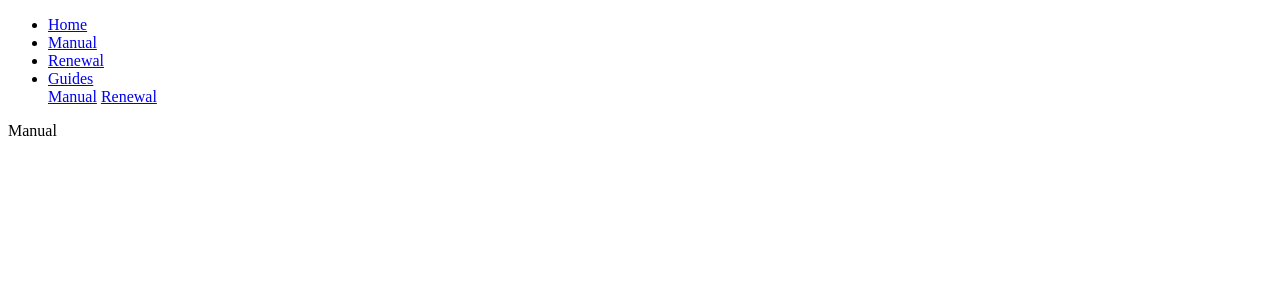
Repository: muesinga/ticketoffice-dot-info
Page: guides/manual.html
The author's editor kept a copy of each file at every save. The page is drawn from the files as they stood at one save, then again after the next save.
The browser window is 1280 px wide. The pictures show the whole page.

Above is the page before, as saved 2022-06-07 14:58:32.
Console error: TypeError: Cannot read properties of null (reading 'getElementsByClassName')

After the next save:
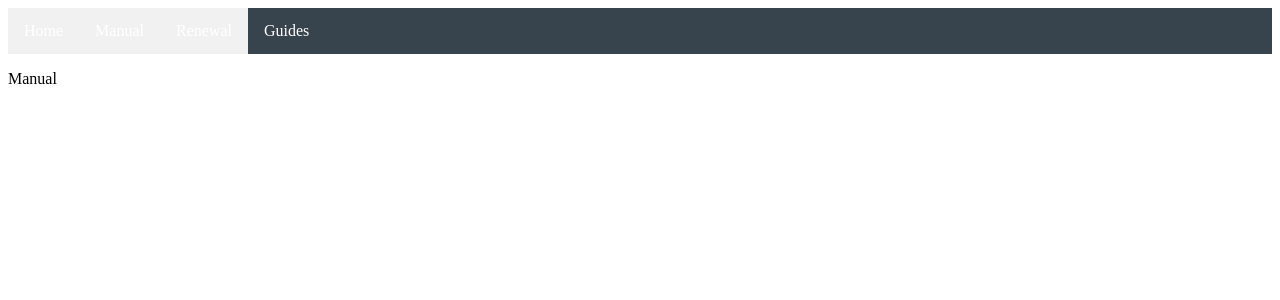
Saved 2 min 39 s later.
--- a/style/style.css
+++ b/style/style.css
@@ -1,6 +1,4 @@
-
-
-/* #navlink-container {
+#navlink-container {
   list-style-type: none;
   margin: 0;
   padding: 0;
@@ -57,4 +55,4 @@ li.dropdown {
 
 .dropdown:hover .dropdown-content {
   display: block;
-} */
+}
